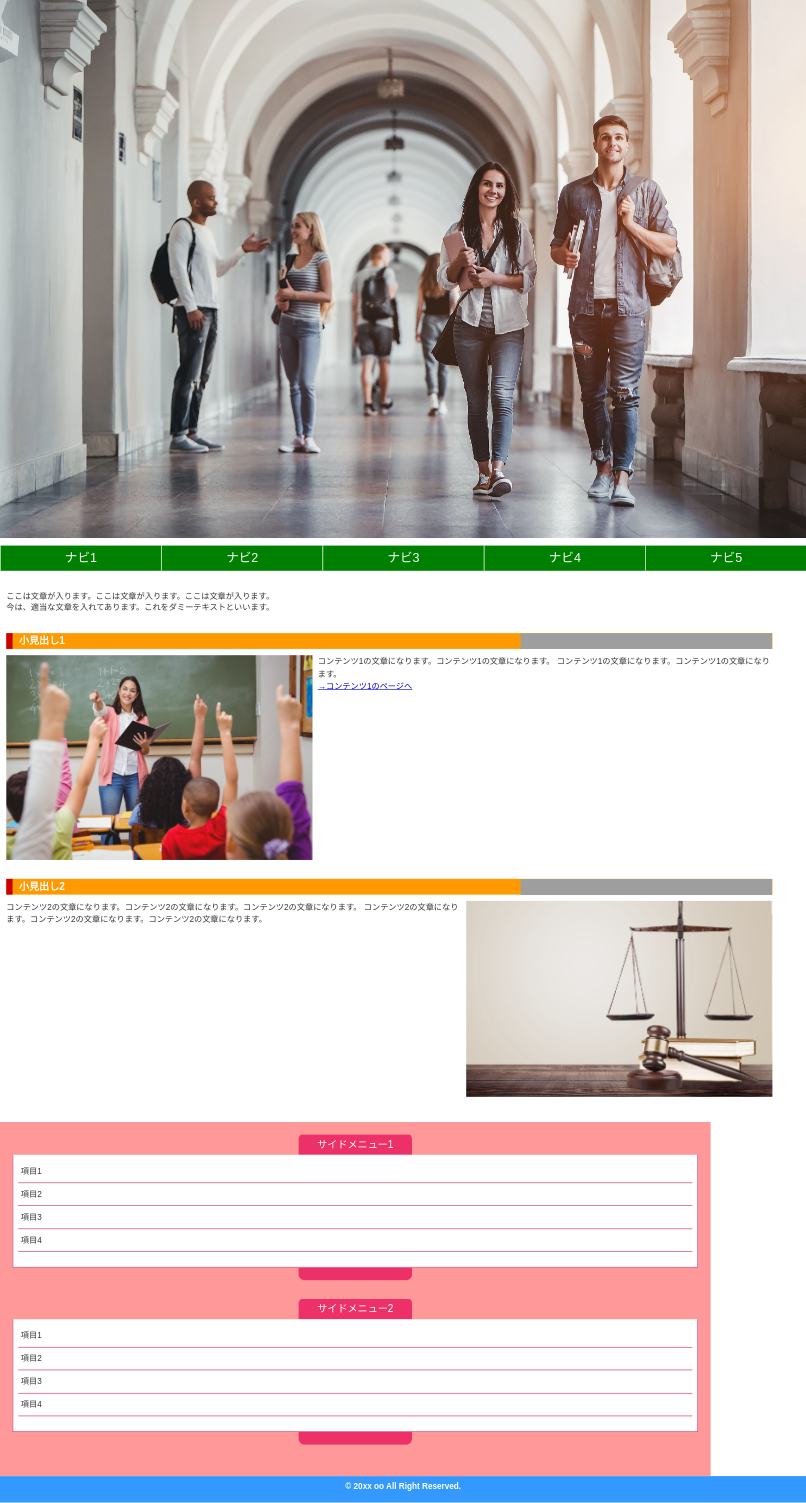
Repository: bonjyuru/samurai_HTML-CSS
Page: index.html
The author's editor kept a record of every edit. The page is drawn from the files as they stood at one moment, then again after the next edit.
The browser window is 1280 px wide. The pictures show the whole page, at 63% of full size.
Pictures or frames that could not be fetched are drawn as grey boxes.

Above is the page before.

After the next edit:
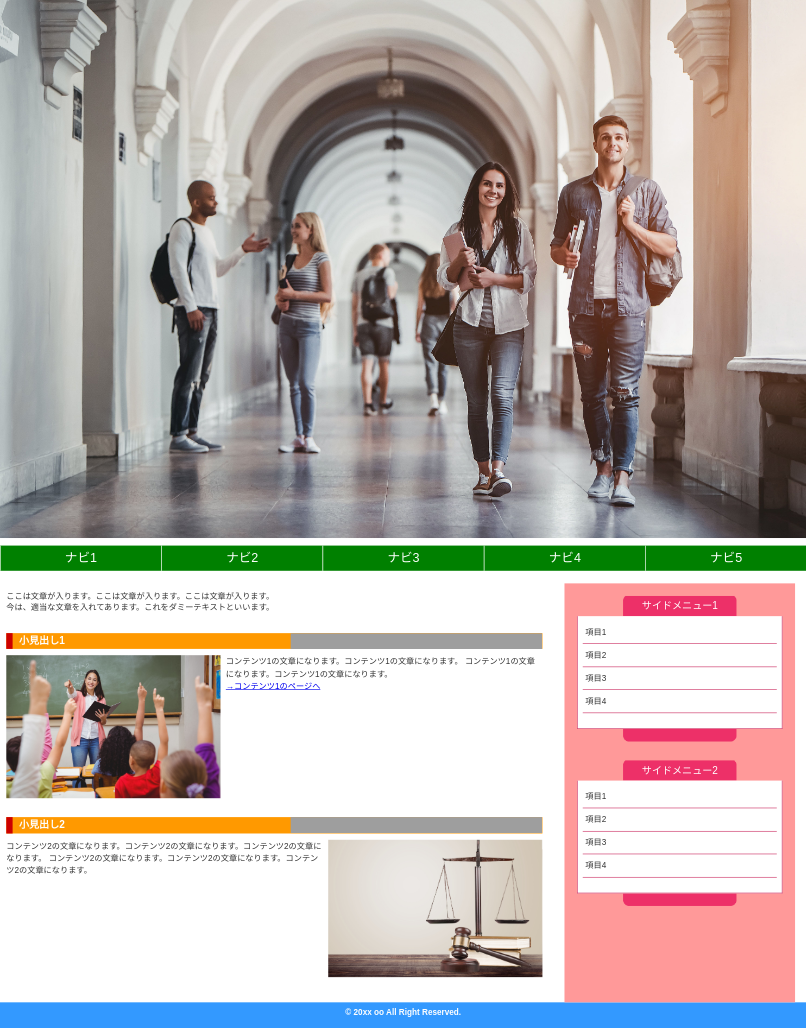
The edit:
--- a/stylesheet.css
+++ b/stylesheet.css
@@ -79,7 +79,7 @@
     padding-top: 20px;
     clear: both;
     display: grid;
-    grid-columns: 70vw 30vw;
+    grid-template-columns: 70vw 30vw;
 }
 /* ------------------------ main ---------------------------- */
 #main {
